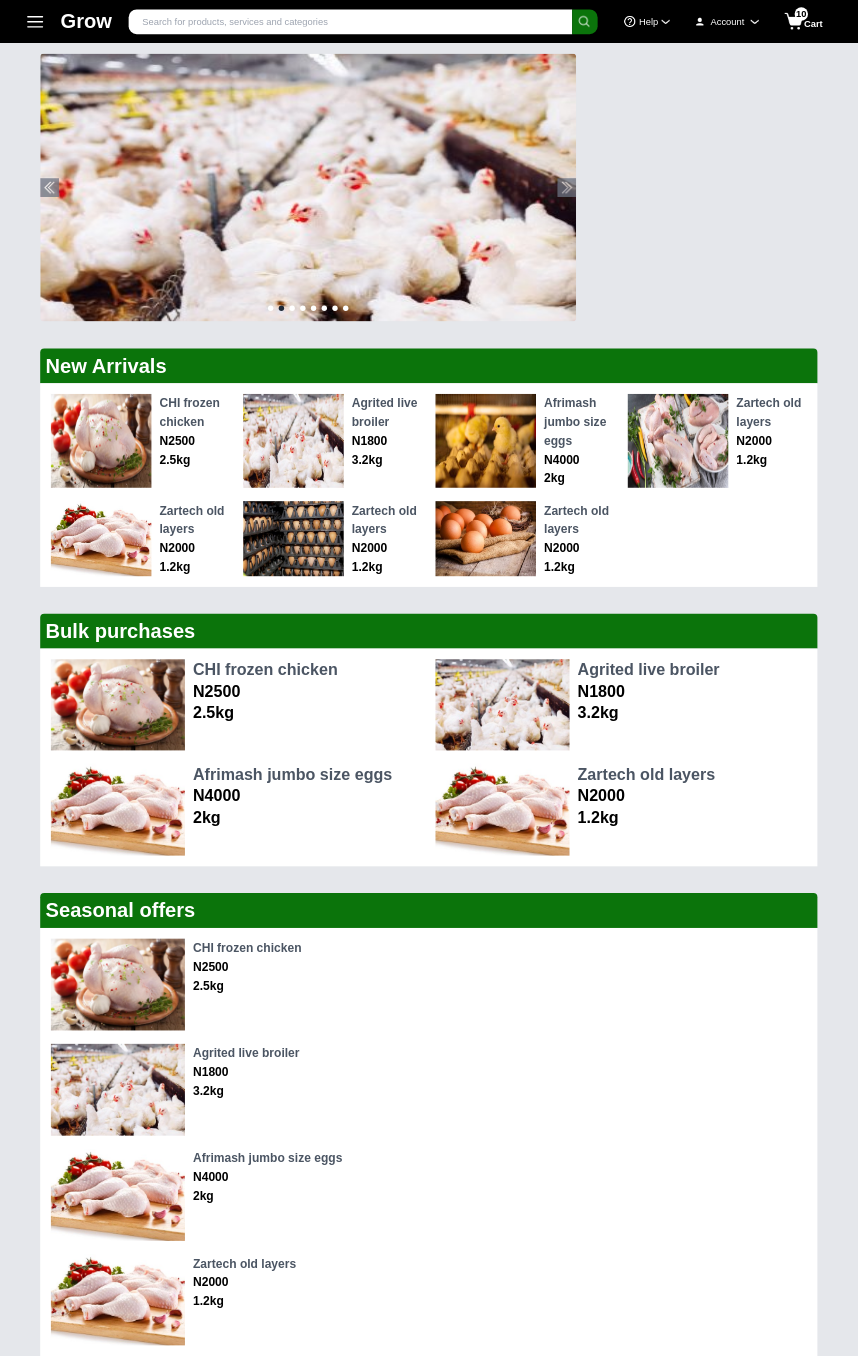
Repository: IssaMuiz/ifarmstock
Page: /
The author's editor kept a copy of each file at every save. The page is drawn from the files as they stood at one save, then again after the next save.
The browser window is 1280 px wide. The pictures show the whole page, at 67% of full size.
The project was rebuilt for these pictures with package versions that can differ from the ones it lists, and the page was loaded fresh each time. The framework's server and built-in components were replaced by stand-ins that run in the browser. Also part of the build but not shown: next.config.mjs.

Above is the page before, as saved 2024-08-31 05:49:58.

After the next save:
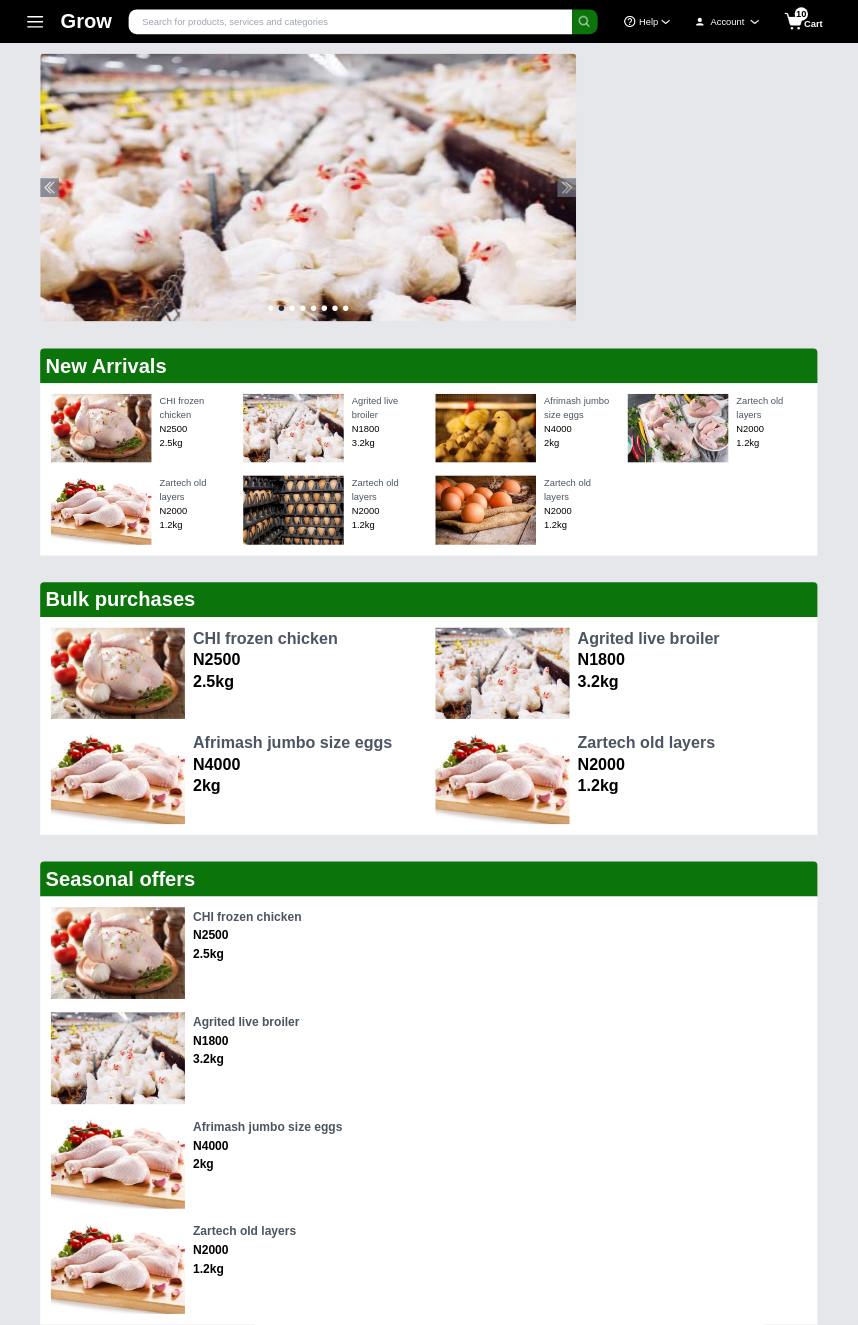
Saved 113 s later.
--- a/components/newArrivalsCards.tsx
+++ b/components/newArrivalsCards.tsx
@@ -7,8 +7,10 @@ const NewArrivalsCards = () => {
         {poultryProduct.map((product, index) => (
           <div key={index} className="flex gap-3">
             <Image src={product.image} alt="poultry" width={150} height={150} />
-            <div className="text-lg font-semibold">
-              <p className="text-gray-600">{product.name}</p>
+            <div className="">
+              <p content="text-md" className="text-gray-600">
+                {product.name}
+              </p>
               <p>N{product.Price}</p>
               <p>{product.weight}</p>
             </div>
